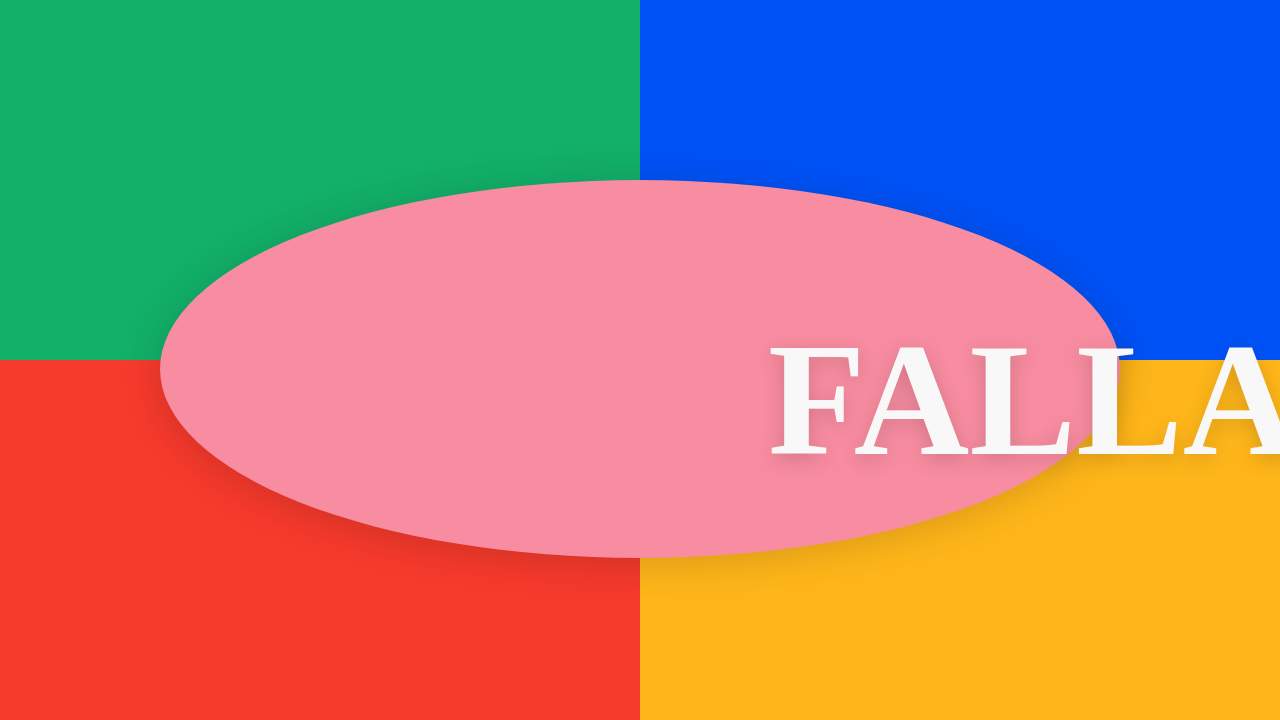
Repository: yafugray/fallacies
Page: project/Midterm project/index.html
An editor plug-in stored every save of this project. The page is shown before and after the next save, followed by the edit.
The browser window is 1280 px wide. The pictures show the whole page.

Above is the page before, as saved 2020-03-12 15:37:00.

After the next save:
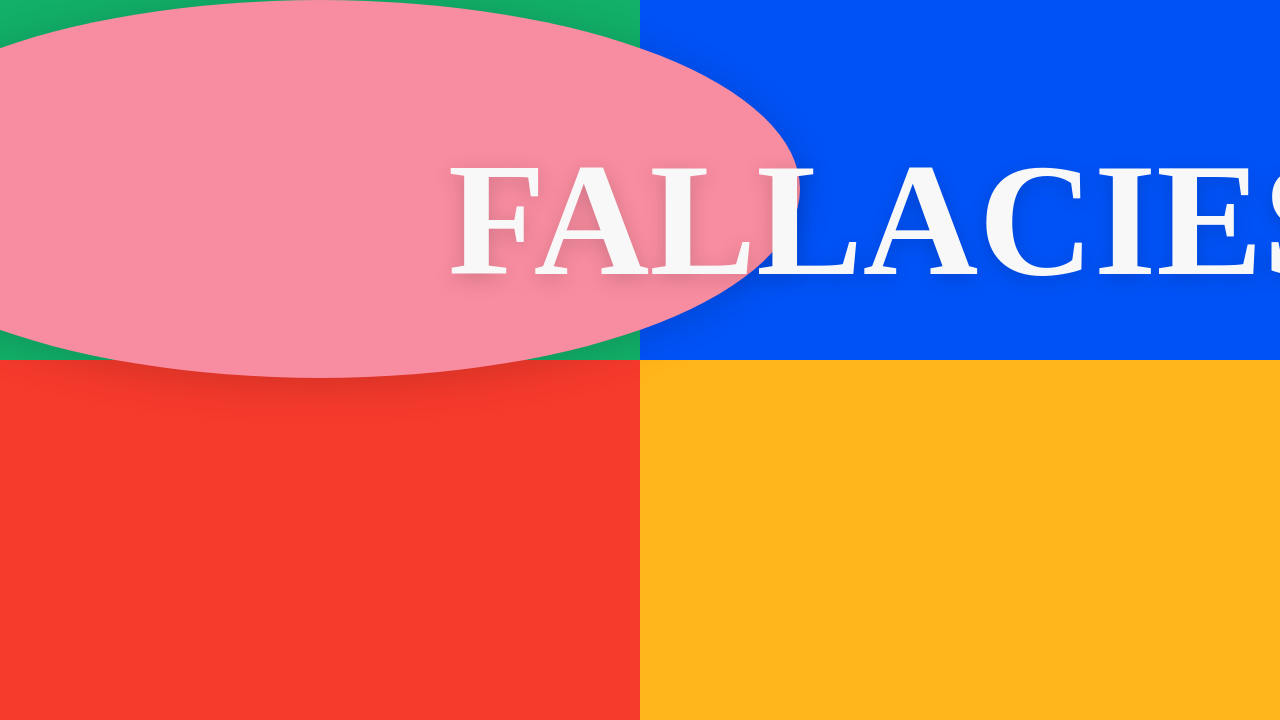
Saved 7 s later.
--- a/project/Midterm project/app.css
+++ b/project/Midterm project/app.css
@@ -64,10 +64,10 @@
     position: relative;
 	width: 70vw;
 	/* height: 35vh; */
-    left: 25%;
+    /* left: 25%;
     right: 25%;
     top: 25%;
-    bottom: 25%;
+    bottom: 25%; */
 	overflow: visible;
 	--web-animation: fadein 0.3s ease-out;
 	--web-action-type: page;

After the save that followed:
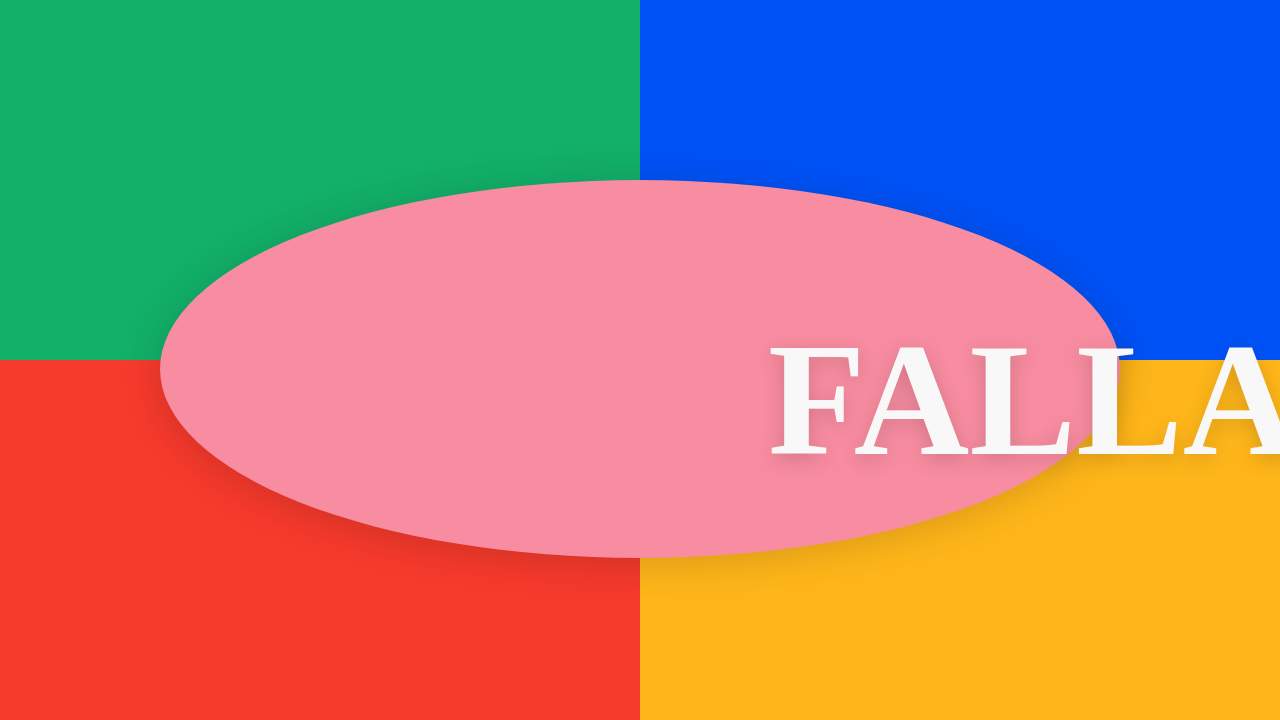
Saved 5 s later.
--- a/project/Midterm project/app.css
+++ b/project/Midterm project/app.css
@@ -64,10 +64,10 @@
     position: relative;
 	width: 70vw;
 	/* height: 35vh; */
-    /* left: 25%;
+    left: 25%;
     right: 25%;
     top: 25%;
-    bottom: 25%; */
+    bottom: 25%;
 	overflow: visible;
 	--web-animation: fadein 0.3s ease-out;
 	--web-action-type: page;
